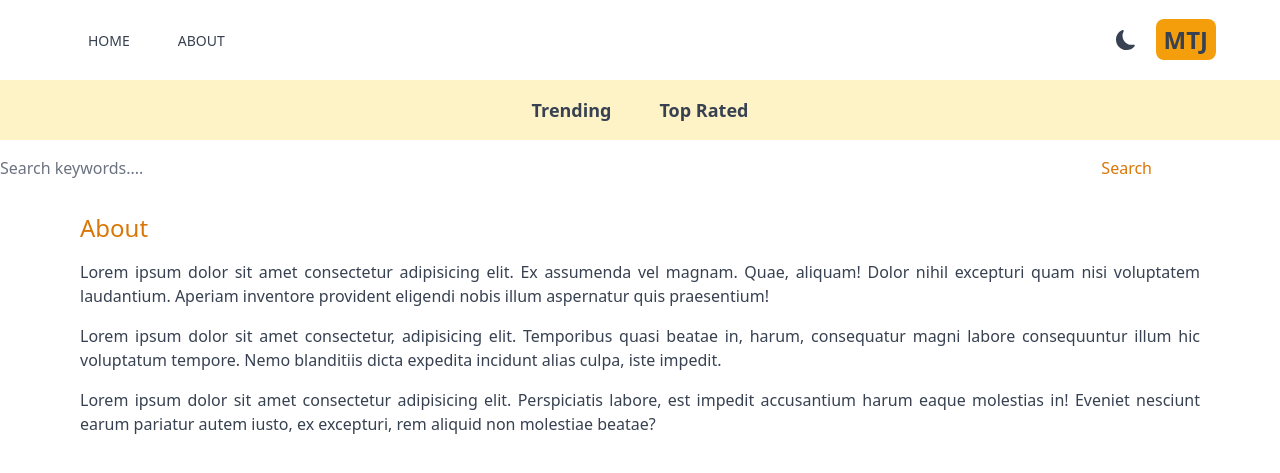
Repository: Tomiogunsan/MTJ
Page: /about
The author's editor kept a copy of each file at every save. The page is drawn from the files as they stood at one save, then again after the next save.
The browser window is 1280 px wide. The pictures show the whole page.
The project was rebuilt for these pictures with package versions that can differ from the ones it lists, and the page was loaded fresh each time. The framework's server and built-in components were replaced by stand-ins that run in the browser. Also part of the build but not shown: next.config.js.

Above is the page before, as saved 2023-03-22 12:38:38.

After the next save:
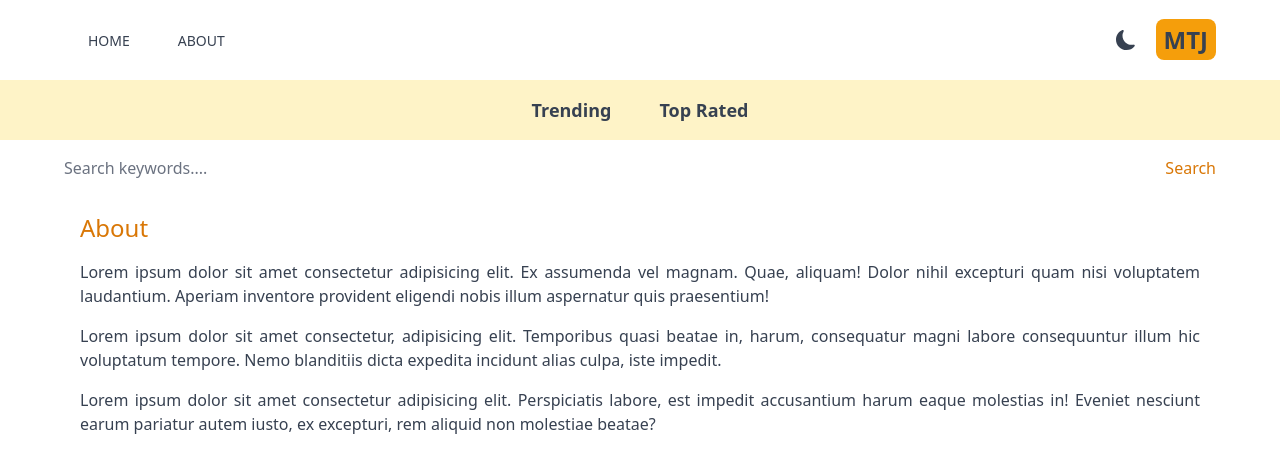
Saved 4 s later.
--- a/src/app/components/SearchBox.jsx
+++ b/src/app/components/SearchBox.jsx
@@ -2,7 +2,7 @@ import React from 'react'
 
 export default function SearchBox() {
   return (
-    <form className='flex max-w-6xl m'>
+    <form className='flex max-w-6xl mx-auto '>
         <input type="text"
          placeholder='Search keywords....'
          className='w-full h-14 rounded-sm placeholder-gray-500 outline-none bg-transparent'
